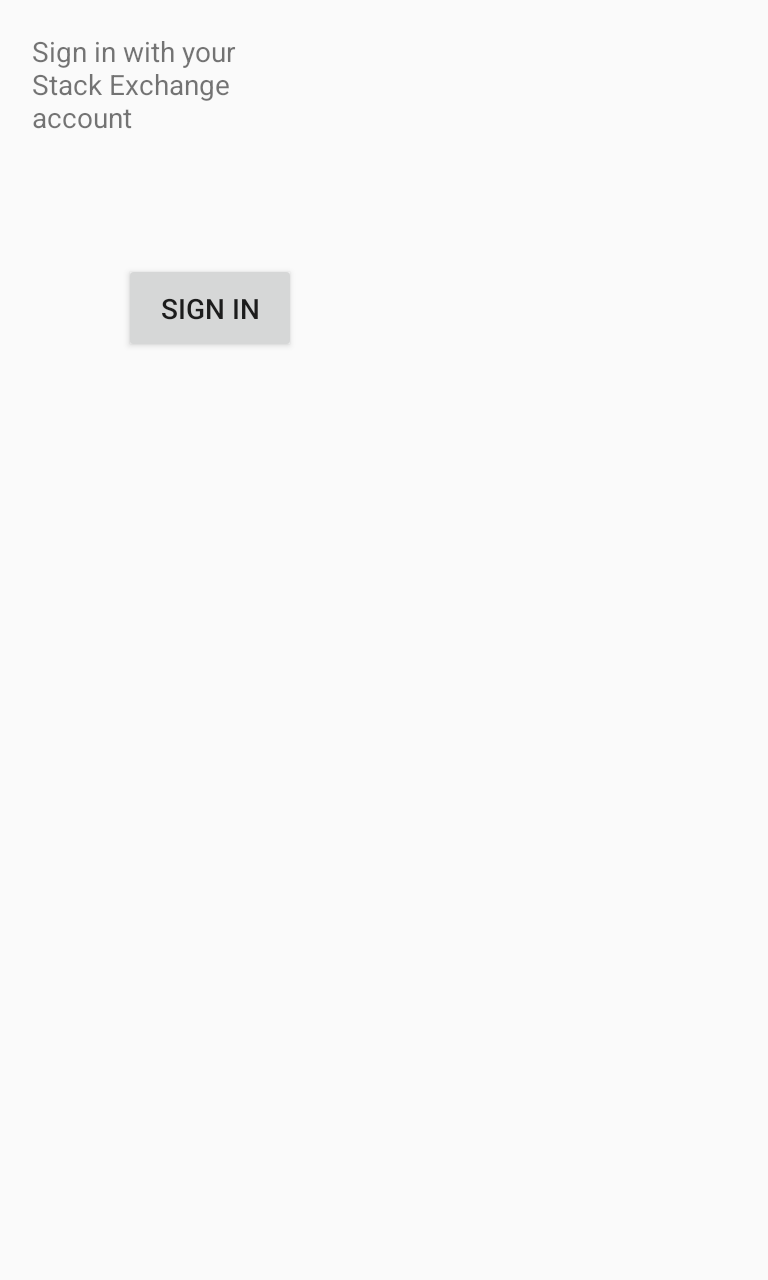
Repository: jayasi/Tag-Overflow
Layout: TagOverflow/res/layout/activity_auth.xml
An editor plug-in stored every save of this project. The layout is shown before and after the next save, followed by the edit.
It is drawn on a 768 x 1280 px phone screen (xhdpi) without system bars, with theme AppTheme; the app's code is not run.

Above is the layout before, as saved 2015-02-17 14:14:30.

After the next save:
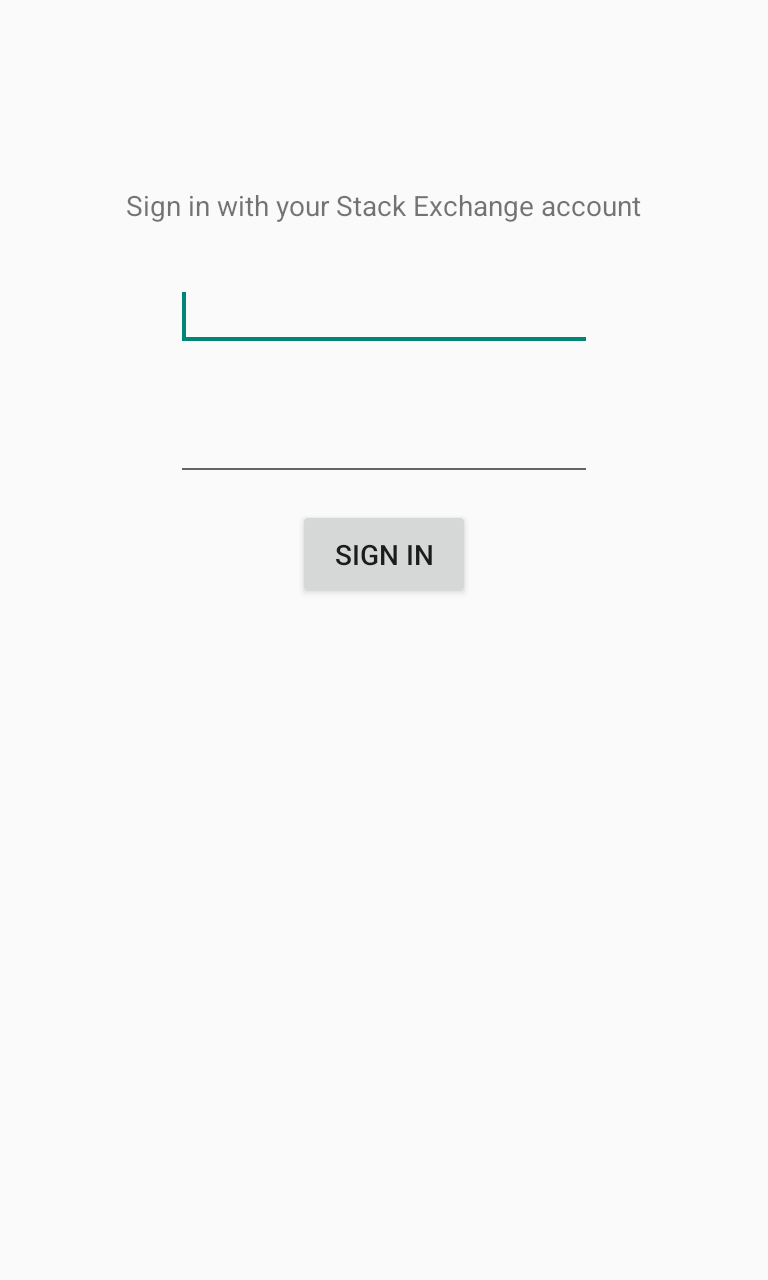
Saved 2 min 39 s later.
--- a/TagOverflow/res/layout/activity_auth.xml
+++ b/TagOverflow/res/layout/activity_auth.xml
@@ -8,22 +8,44 @@
     android:paddingTop="@dimen/activity_vertical_margin"
     tools:context="com.example.tagoverflow.Home" >
 
+    <Button
+        android:id="@+id/button1"
+        android:layout_width="wrap_content"
+        android:layout_height="wrap_content"
+        android:layout_below="@+id/textView1"
+        android:layout_centerHorizontal="true"
+        android:layout_marginTop="141dp"
+        android:text="Sign In" />
+
     <TextView
         android:id="@+id/textView1"
         android:layout_width="wrap_content"
         android:layout_height="wrap_content"
         android:layout_alignParentTop="true"
-        android:layout_alignRight="@+id/button1"
+        android:layout_centerHorizontal="true"
+        android:layout_marginTop="77dp"
         android:text="Sign in with your Stack Exchange account" />
 
-    <Button
-        android:id="@+id/button1"
+    <EditText
+        android:id="@+id/editText1"
         android:layout_width="wrap_content"
         android:layout_height="wrap_content"
-        android:layout_alignParentLeft="true"
         android:layout_below="@+id/textView1"
-        android:layout_marginLeft="45dp"
-        android:layout_marginTop="62dp"
-        android:text="Sign In" />
+        android:layout_centerHorizontal="true"
+        android:layout_marginTop="24dp"
+        android:ems="10"
+        android:inputType="textEmailAddress" >
+        <requestFocus />
+    </EditText>
+
+    <EditText
+        android:id="@+id/editText2"
+        android:layout_width="wrap_content"
+        android:layout_height="wrap_content"
+        android:layout_alignLeft="@+id/editText1"
+        android:layout_below="@+id/editText1"
+        android:layout_marginTop="24dp"
+        android:ems="10"
+        android:inputType="numberPassword" />
 
 </RelativeLayout>
